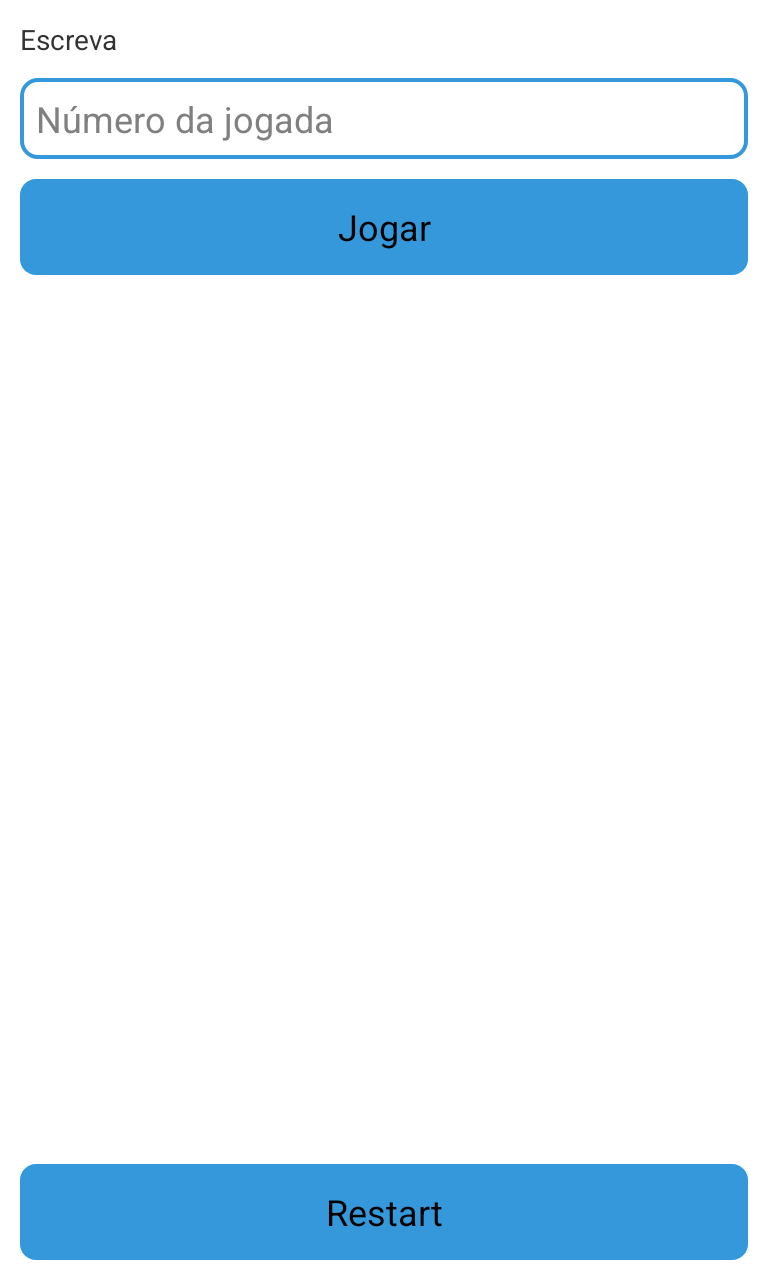
Repository: gokugohan/ddm
Layout: JogoDeAdivinha/res/layout/activity_jogar.xml
These files come from the project's save history. The layout is drawn as it stood at one moment and after the next save; the edit follows.
It is drawn on a 768 x 1280 px phone screen (xhdpi) without system bars, with theme AppTheme; the app's code is not run.

Above is the layout before, as saved 2014-11-12 10:39:32.

After the next save:
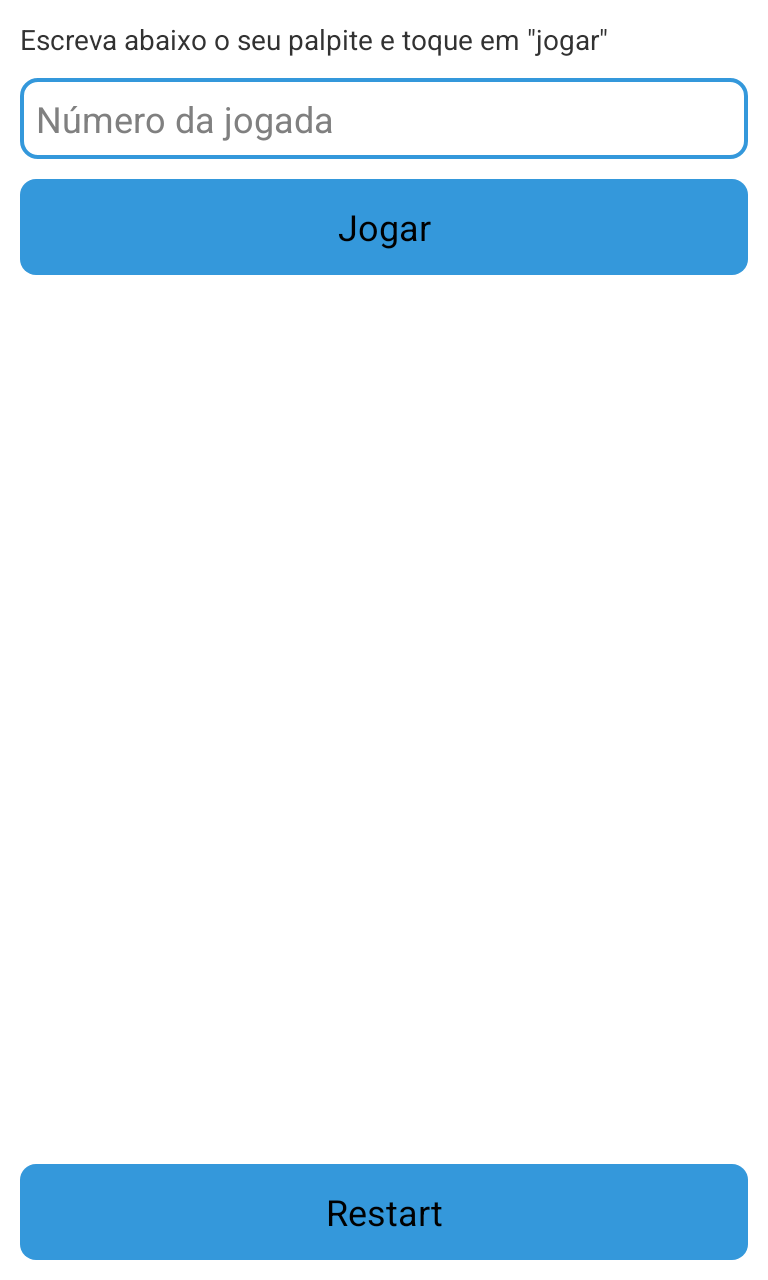
Saved 57 s later.
--- a/JogoDeAdivinha/res/values/strings.xml
+++ b/JogoDeAdivinha/res/values/strings.xml
@@ -14,7 +14,7 @@
     <string name="numero_da_jogada">Número da jogada</string>
     <string name="str_error_number_format">Aceita só números inteiros</string>
 
-    <string name="str_como_jogar">Escreva </string>
+    <string name="str_como_jogar">Escreva abaixo o seu palpite e toque em \"jogar\"</string>
     <string name="jogar">Jogar</string>
     <string name="restart">Restart</string>
 
